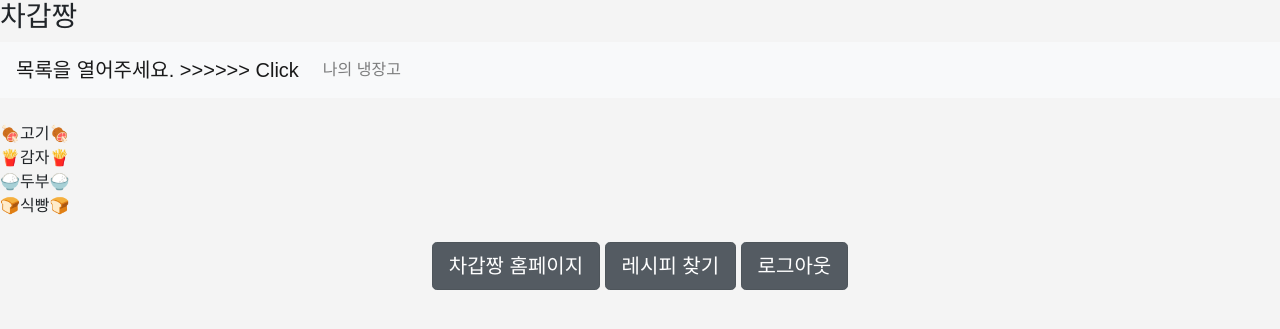
Repository: yousunning/coldzzang-miniproject
Page: http://localhost/cold/WEB-INF/views/myRefrigerator.jsp
The author's editor kept a copy of each file at every save. The page is drawn from the files as they stood at one save, then again after the next save.
The browser window is 1280 px wide. The pictures show the whole page.
The page is served by Tomcat 9. Nobody is signed in. Other server files are loaded and not shown. The template is opened directly, without the code that normally fills it, so the values that code supplies are empty.

Above is the page before, as saved 2024-01-23 08:26:26.

### cold/src/main/webapp/WEB-INF/views/myRefrigerator.jsp
<%@ page language="java" contentType="text/html; charset=UTF-8"
    pageEncoding="UTF-8"%>
<!DOCTYPE html>

<html>
<head>
    <title>나의 냉장고</title>
    <meta name="viewport" content="width=device-width, initial-scale=1">
    <!-- Bootstrap CSS -->
    <link href="https://stackpath.bootstrapcdn.com/bootstrap/4.3.1/css/bootstrap.min.css" rel="stylesheet">
  <style>
        body {
            background-color: #f4f4f4;
            font-family: 'Arial', sans-serif;
        }
  </style>
</head>
<body>
    <h3>차갑짱</h3>
    <nav class="navbar navbar-expand-lg navbar-light bg-light">
        <a class="navbar-brand" href="/food/List/login">목록을 열어주세요. >>>>>> Click</a>
        <button class="navbar-toggler" type="button" data-toggle="collapse" data-target="#navbarNav" aria-controls="navbarNav" aria-expanded="false" aria-label="Toggle navigation">
            <span class="navbar-toggler-icon"></span>
        </button>
        <div class="collapse navbar-collapse" id="navbarNav">
            <ul class="navbar-nav">
                <li class="nav-item">
                    <a class="nav-link" href="/food/List/myRefrigerator">나의 냉장고</a>
                </li>
            </ul>
        </div>
 </nav>
         <tr><br>

 <td>🍖고기🍖</td>

  </tr>
           <tr><br>

 <td>🍟감자🍟</td>

  </tr>
           <tr><br>

 <td>🍚두부🍚</td>

  </tr>
           <tr><br>

 <td>🍞식빵🍞</td>

  </tr>


    <!-- 메인 컨텐츠 -->
    <div class="container mt-4" style="text-align:center;">
    <!-- 링크를 버튼처럼 스타일링 -->
    <a href="/food/List/homepage" class="btn btn-secondary btn-lg active" role="button" aria-pressed="true">차갑짱 홈페이지</a>
    <a href="/food/List/recipe" class="btn btn-secondary btn-lg active" role="button" aria-pressed="true">레시피 찾기</a>
    <a href="/food/List/login" class="btn btn-secondary btn-lg active" role="button" aria-pressed="true">로그아웃</a>
</div>
    <!-- jQuery, Popper.js, Bootstrap JS -->
    <script src="https://code.jquery.com/jquery-3.3.1.slim.min.js"></script>
    <script src="https://cdnjs.cloudflare.com/ajax/libs/popper.js/1.14.7/umd/popper.min.js"></script>
    <script src="https://stackpath.bootstrapcdn.com/bootstrap/4.3.1/js/bootstrap.min.js"></script>
</body>
</html>

After the next save:
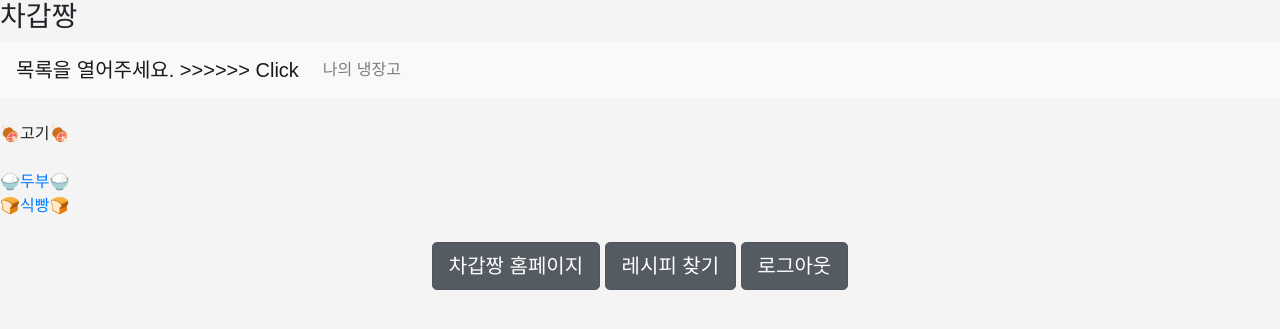
Saved 51 s later.
--- a/cold/src/main/webapp/WEB-INF/views/myRefrigerator.jsp
+++ b/cold/src/main/webapp/WEB-INF/views/myRefrigerator.jsp
@@ -37,7 +37,7 @@
   </tr>
            <tr><br>
 
- <td>🍟감자🍟</td>
+ <td><a href="/food/List/recipe" 🍟감자🍟</td>
 
   </tr>
            <tr><br>

After the save that followed:
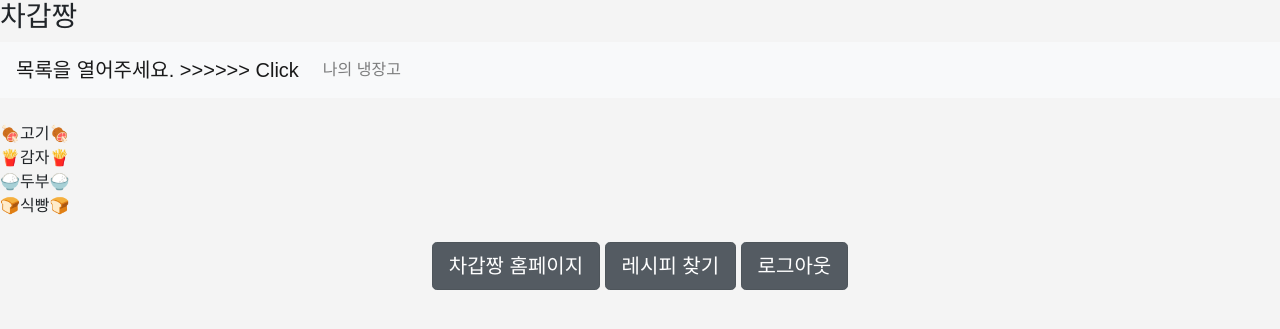
Saved 3 s later.
--- a/cold/src/main/webapp/WEB-INF/views/myRefrigerator.jsp
+++ b/cold/src/main/webapp/WEB-INF/views/myRefrigerator.jsp
@@ -37,7 +37,7 @@
   </tr>
            <tr><br>
 
- <td><a href="/food/List/recipe" 🍟감자🍟</td>
+ <td><a href="/food/List/recipe"></a> 🍟감자🍟</td>
 
   </tr>
            <tr><br>
